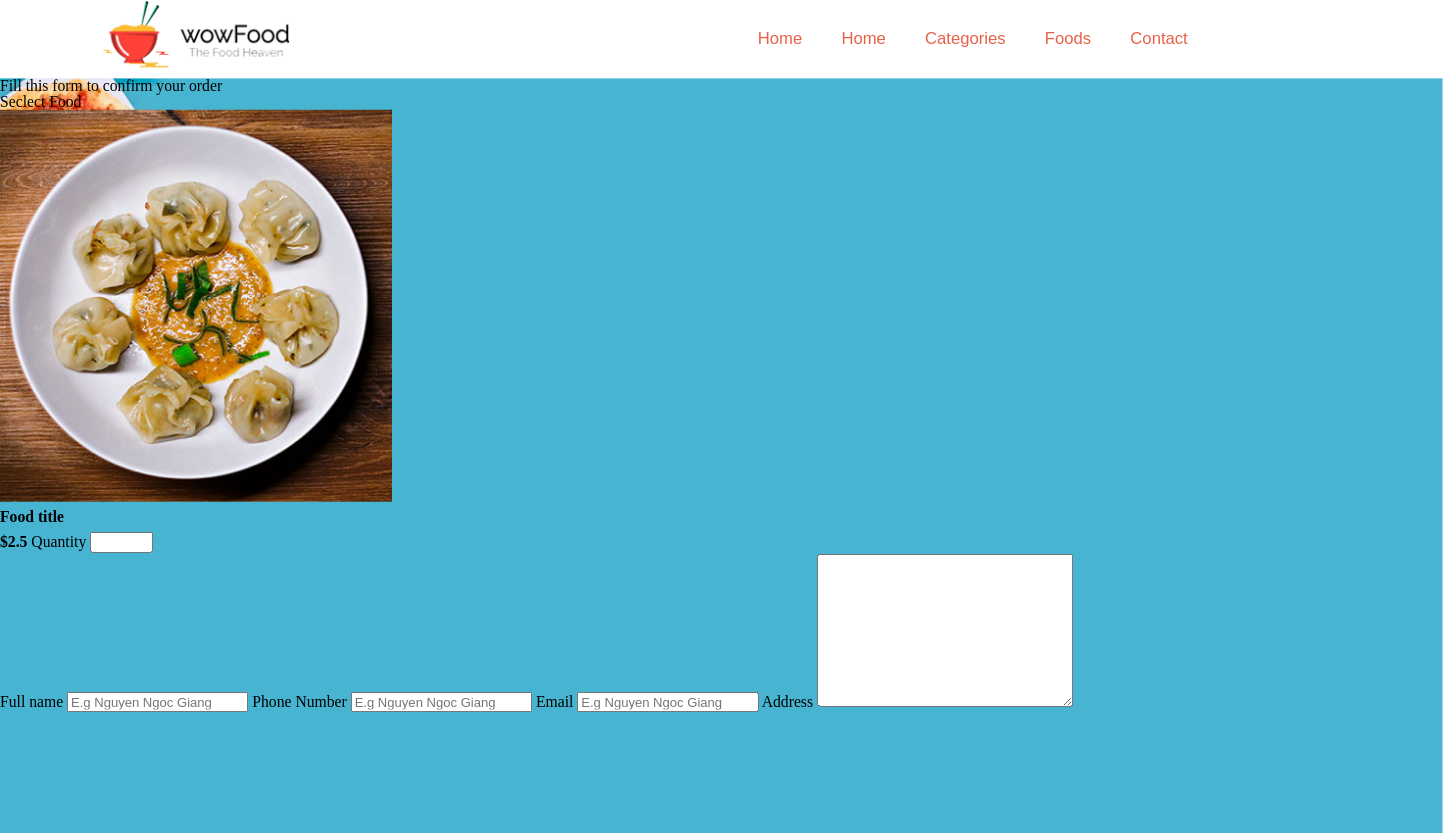
Repository: ruaruababa/WowFood
Page: order.html
The author's editor kept a copy of each file at every save. The page is drawn from the files as they stood at one save, then again after a run of saves.
The browser window is 1280 px wide. The page is 1472 px wide, so the pictures cover 1472 px, including what lies to the right of the window. The pictures show the whole page, at 98% of full size.

Above is the page before, as saved 2021-09-19 21:59:06.

After the next 5 saves:
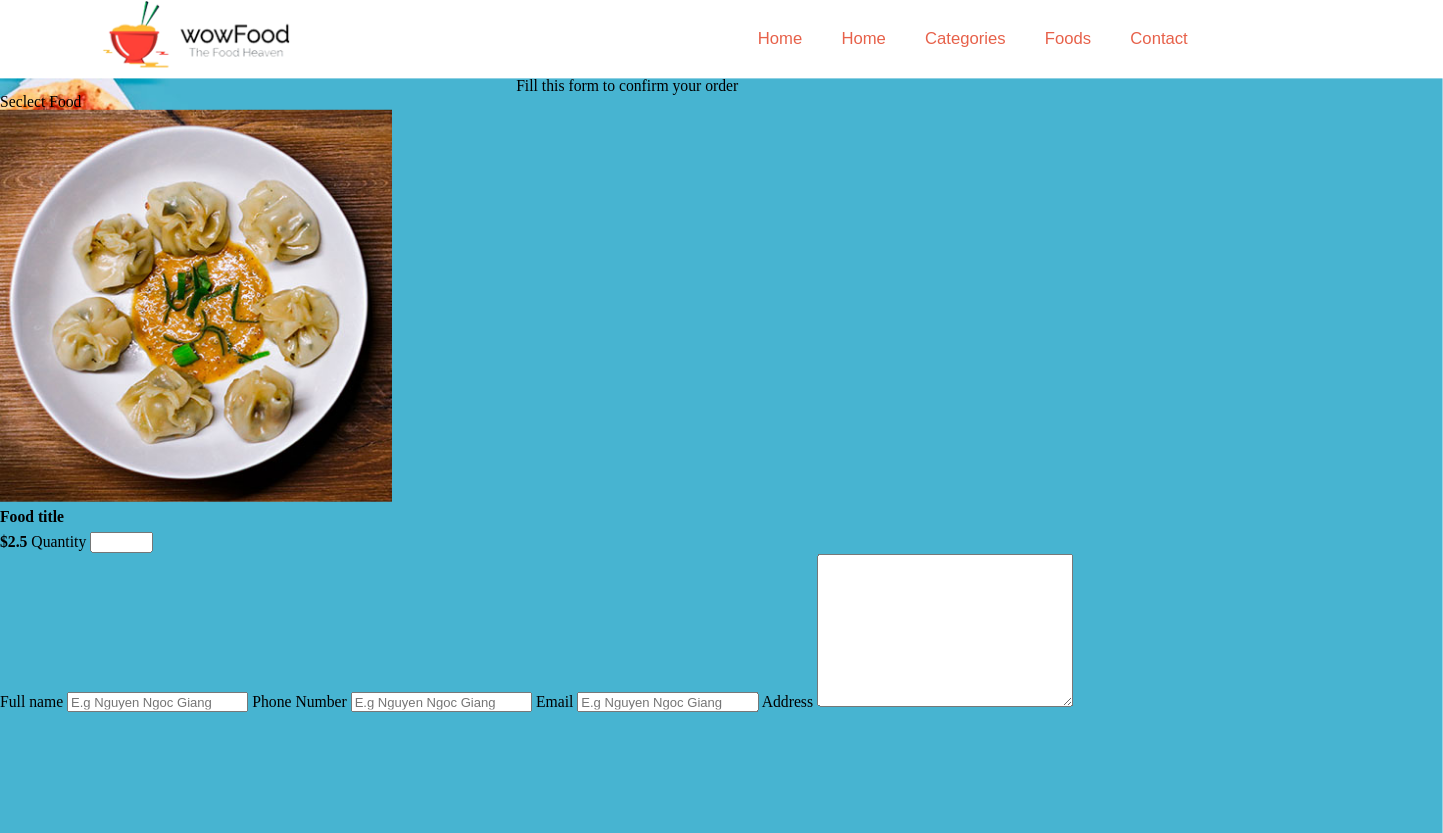
The 5 saves are shown as one change because they came seconds apart.
The last was saved 32 s later.
--- a/order.html
+++ b/order.html
@@ -8,6 +8,7 @@
     <title>Order Food</title>
     <link rel="stylesheet" href="./style.css">
     <link rel="stylesheet" href="./reset.css">
+    <link rel="stylesheet" href="./order.css">
 </head>
 
 <body>
